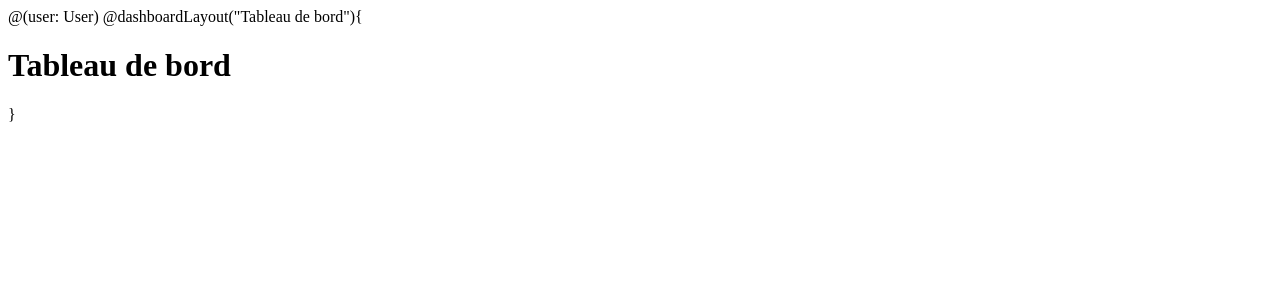
Repository: spirale-software/labo_master
Page: Application/oneDotCom/app/views/dashboard.scala.html
These files come from the project's save history. The page is drawn as it stood at one moment and after the next save; the edit follows.
The browser window is 1280 px wide. The pictures show the whole page.

Above is the page before, as saved 2017-03-26 20:37:14.

### Application/oneDotCom/app/views/dashboard.scala.html
@(user: User)

@dashboardLayout("Tableau de bord"){

	 <h1 class="page-header">Tableau de bord</h1>


}

After the next save:
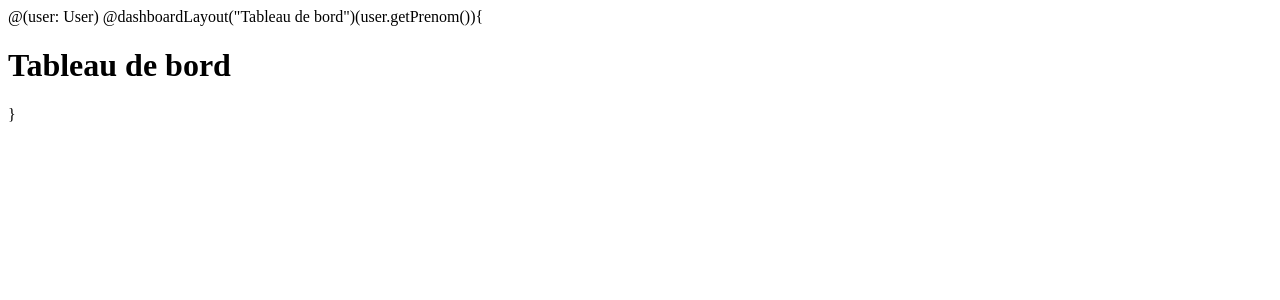
Saved 37 s later.
--- a/Application/oneDotCom/app/views/dashboard.scala.html
+++ b/Application/oneDotCom/app/views/dashboard.scala.html
@@ -1,6 +1,6 @@
 @(user: User)
 
-@dashboardLayout("Tableau de bord"){
+@dashboardLayout("Tableau de bord")(user.getPrenom()){
 
 	 <h1 class="page-header">Tableau de bord</h1>
 
